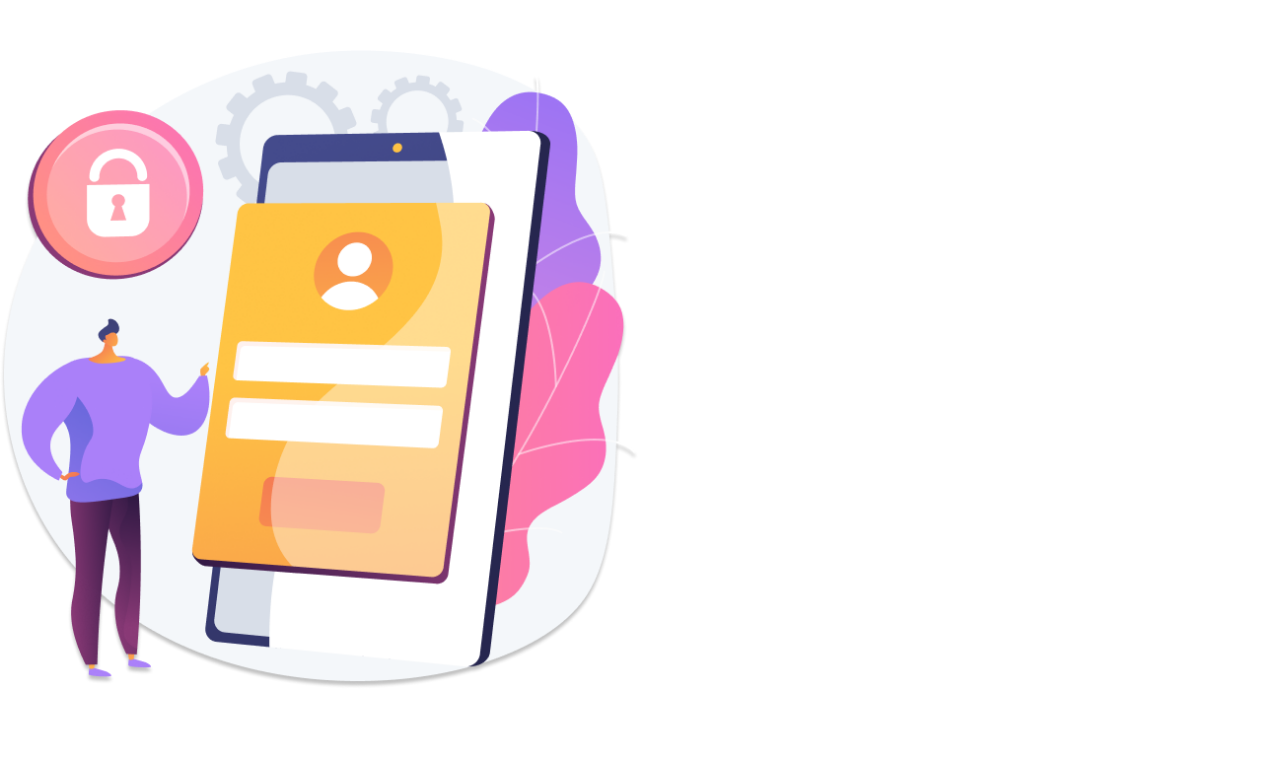
Repository: kauittt/Demo
Page: / (app in FE/vite-project/)
These files come from the project's save history. The page is drawn as it stood at one moment and after the next save; the edit follows.
The browser window is 1280 px wide. The pictures show the whole page.
The project was rebuilt for these pictures with package versions that can differ from the ones it lists, and the page was loaded fresh each time. Also part of the build but not shown: FE/vite-project/vite.config.js.

Above is the page before, as saved 2024-08-16 10:29:05.

### FE/vite-project/src/main.jsx
import { render } from "preact";
import { App } from "./app.jsx";
import "./index.css";

render(<App />, document.getElementById("app"));

### FE/vite-project/src/app.jsx
import LoginPage from "./components/page/LoginPage";

export function App() {
    console.log(window.innerHeight);
    console.log(window.innerWidth);
    // 1536 - 703
    return (
        <div className="flex flex-center mt-[50px]">
            <LoginPage></LoginPage>
        </div>
    );
}

### FE/vite-project/src/index.css
@tailwind base;
@tailwind components;
@tailwind utilities;

* {
    scrollbar-width: thin;
}

@layer components {
    .transition-base {
        @apply transition-all duration-200 ease-in-out;
    }

    .hover-main {
        /** Chữ xanh - Nền trắng ->(HOVER) Chữ trắng - Nền xanh */
        @apply text-main hover:text-white hover:bg-main rounded;
    }

    .flex-center {
        @apply justify-center items-center;
    }
}

.container {
    width: 100%;
}
@media (min-width: 640px) {
    .container {
        max-width: 640px;
    }
}
@media (min-width: 768px) {
    .container {
        max-width: 768px;
    }
    @media (min-width: 1024px) {
        .container {
            max-width: 1024px;
        }
    }
    @media (min-width: 1280px) {
        .container {
            max-width: 1280px;
        }
    }
    @media (min-width: 1400px) {
        .container,
        .container-lg,
        .container-md,
        .container-sm,
        .container-xl,
        .container-xxl {
            max-width: 1320px;
        }
    }
}

### FE/vite-project/src/components/page/LoginPage.jsx
import React from "react";

const LoginPage = () => {
    return (
        <div className="flex w-full h-screen">
            {/*//! Image */}
            <div className="w-1/2">
                <img
                    src="./image/login.png"
                    alt="Description"
                    className="w-full object-cover"
                />
            </div>
        </div>
    );
};

export default LoginPage;

### FE/vite-project/tailwind.config.js
/** @type {import('tailwindcss').Config} */
export default {
    content: ["./index.html", "./src/**/*.{js,ts,jsx,tsx}"],
    theme: {
        colors: {
            main: "#109CF1", //* Màu chủ đạo
            text: "#3A3A49", //* Màu chữ
            white: "#FFF", //* Trắng
            bgr: "#F5F5F5", //* Background
            border: "#EBEFF2", //* Customer Item's Border
            grey: "#C2C2C2", //* Input border
            black: "#000",
            red: "#FD4848", //* Error, Avatar
        },
        extend: {
            fontFamily: {
                sans: ["Work Sans", "sans-serif"],
            },
            boxShadow: {
                custom: "rgba(50, 50, 105, 0.15) 0px 2px 5px 0px, rgba(0, 0, 0, 0.05) 0px 1px 1px 0px",
            },
        },
    },
    plugins: [],
};

Loaded but not shown: FE/vite-project/index.html (common file)

After the next save:
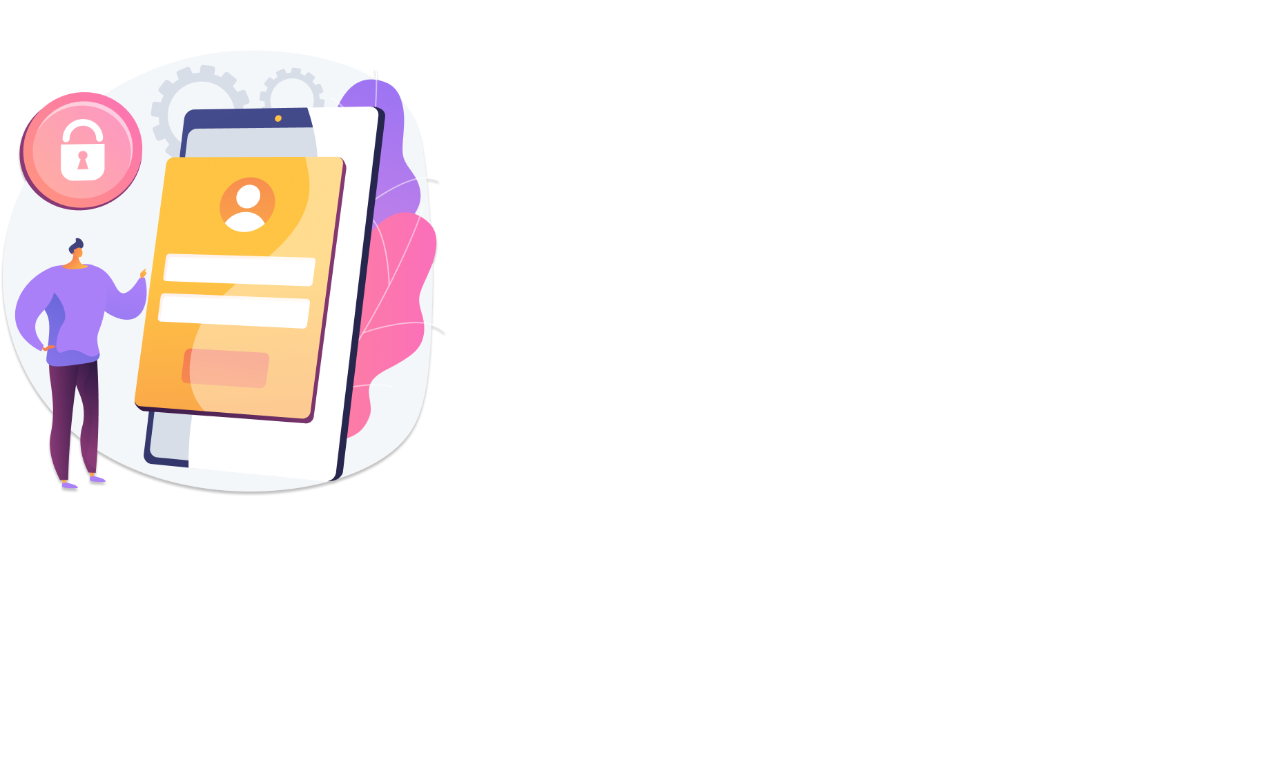
Saved 108 s later.
--- a/FE/vite-project/src/components/page/LoginPage.jsx
+++ b/FE/vite-project/src/components/page/LoginPage.jsx
@@ -8,7 +8,7 @@ const LoginPage = () => {
                 <img
                     src="./image/login.png"
                     alt="Description"
-                    className="w-full object-cover"
+                    className="max-w-[448px] w-full object-cover"
                 />
             </div>
         </div>
